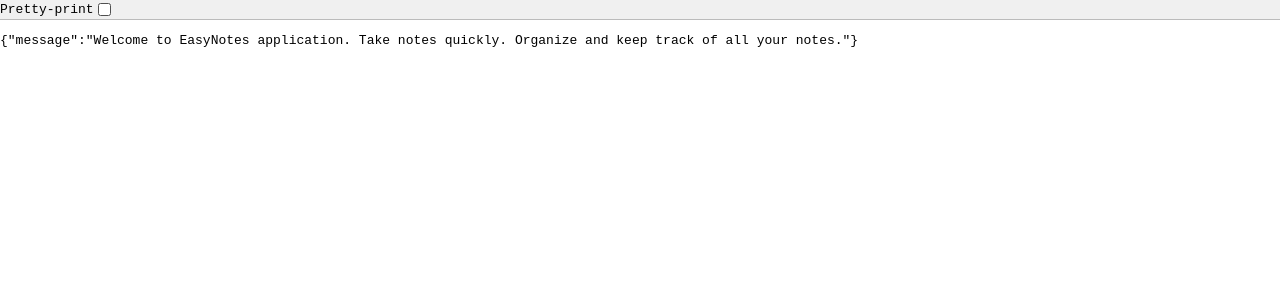
Repository: demesvardestin/paperspace-node
Page: http://localhost/
The author's editor kept a record of every edit. The page is drawn from the files as they stood at one moment, then again after the next edit.
The browser window is 1280 px wide. The pictures show the whole page.
The page is served by the project's Node server (server.js).

Above is the page before.

### server.js
const express = require('express');
const bodyParser = require('body-parser');

// initialize express app
const app = express();

// parse non-json requests
app.use(bodyParser.urlencoded({ extended: true }))

// parse json requests
app.use(bodyParser.json())

// define a simple route
app.get('/', (req, res) => {
    res.json({"message": "Welcome to EasyNotes application. Take notes quickly. Organize and keep track of all your notes."});
});

// listen for requests
app.listen(3000, () => {
    console.log("Server is listening on port 3000");
});

After the next edit:
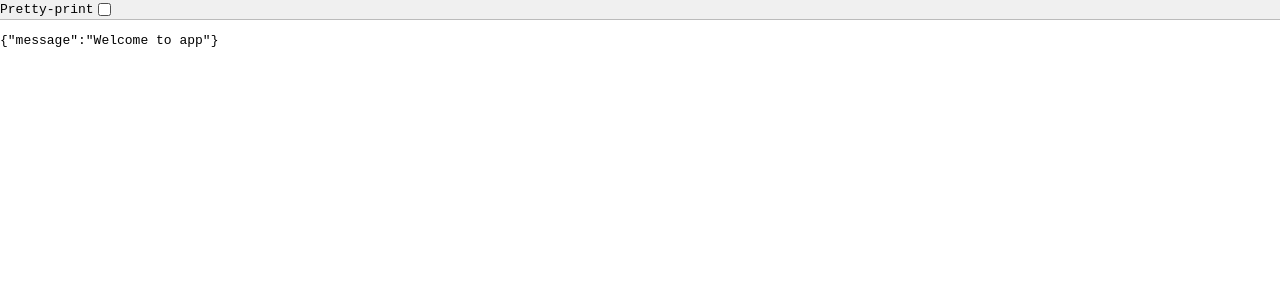
The edit:
--- a/server.js
+++ b/server.js
@@ -10,9 +10,8 @@
 // parse json requests
 app.use(bodyParser.json())
 
-// define a simple route
 app.get('/', (req, res) => {
-    res.json({"message": "Welcome to EasyNotes application. Take notes quickly. Organize and keep track of all your notes."});
+    res.json({"message": "Welcome to app"});
 });
 
 // listen for requests
